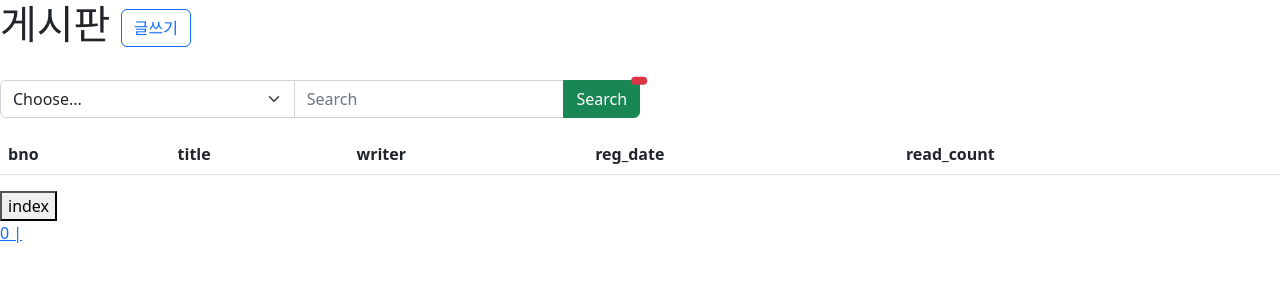
Repository: donghoonshin96/20230601
Page: http://localhost/jsp_project4/board/list.jsp
These files come from the project's save history. The page is drawn as it stood at one moment and after the next save; the edit follows.
The browser window is 1280 px wide. The pictures show the whole page.
The page is served by Tomcat 9. The template is opened directly, without the code that normally fills it, so the values that code supplies are empty.

Above is the page before, as saved 2023-05-30 03:29:04.

After the next save:
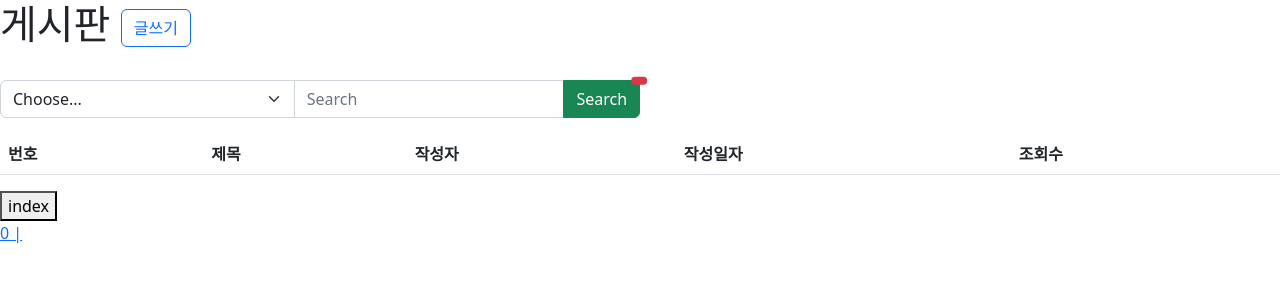
Saved 24 s later.
--- a/jsp_project4/jsp_project4/src/main/webapp/board/list.jsp
+++ b/jsp_project4/jsp_project4/src/main/webapp/board/list.jsp
@@ -47,11 +47,11 @@
 
 <table class="table table-hover">
 <tr>
-	<th>bno</th>
-	<th>title</th>
-	<th>writer</th>
-	<th>reg_date</th>
-	<th>read_count</th>
+	<th>번호</th>
+	<th>제목</th>
+	<th>작성자</th>
+	<th>작성일자</th>
+	<th>조회수</th>
 </tr>
 <c:forEach items="${list }" var="bvo">
 <tr>
